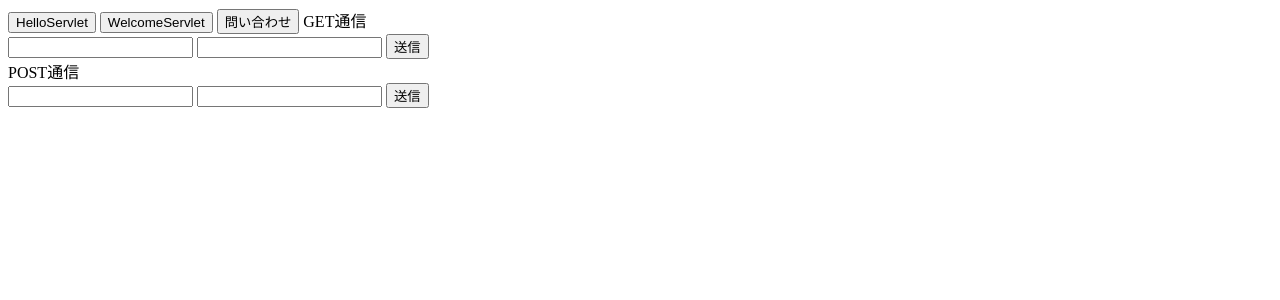
Repository: 8luemitsuho/test
Page: http://localhost/HelloServlet/
These files come from the project's save history. The page is drawn as it stood at one moment and after the next save; the edit follows.
The browser window is 1280 px wide. The pictures show the whole page.
The page is served by Tomcat 9.

Above is the page before, as saved 2019-06-30 08:37:22.

After the next save:
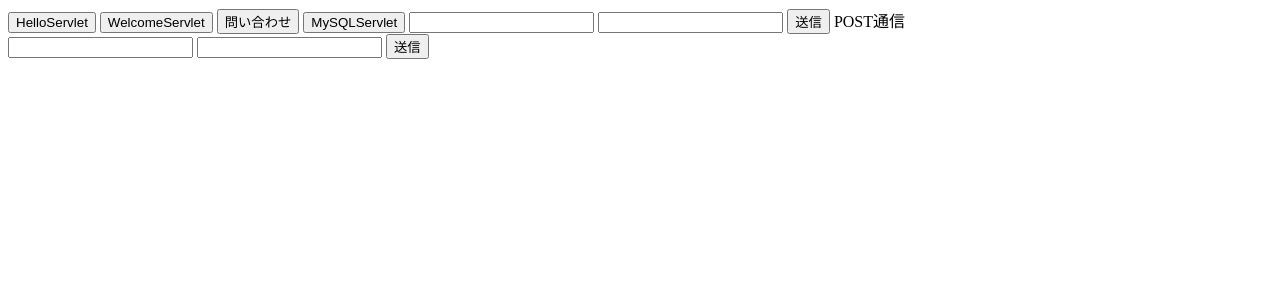
Saved 2 min 31 s later.
--- a/HelloServlet/WebContent/index.jsp
+++ b/HelloServlet/WebContent/index.jsp
@@ -10,6 +10,7 @@
 	<input type="button" value="HelloServlet" onClick="location.href='HelloServlet'">
 	<input type="button" value="WelcomeServlet" onClick="location.href='welcome.jsp'">
 	<input type="button" value="問い合わせ" onClick="location.href='inquiry.jsp'">
+	<input type="button" value="MySQLServlet" onClick="location.href='MySQLServlet'"
 	GET通信
 	<form method="get" action="TestServlet">
 		<input type="text" name="username">
